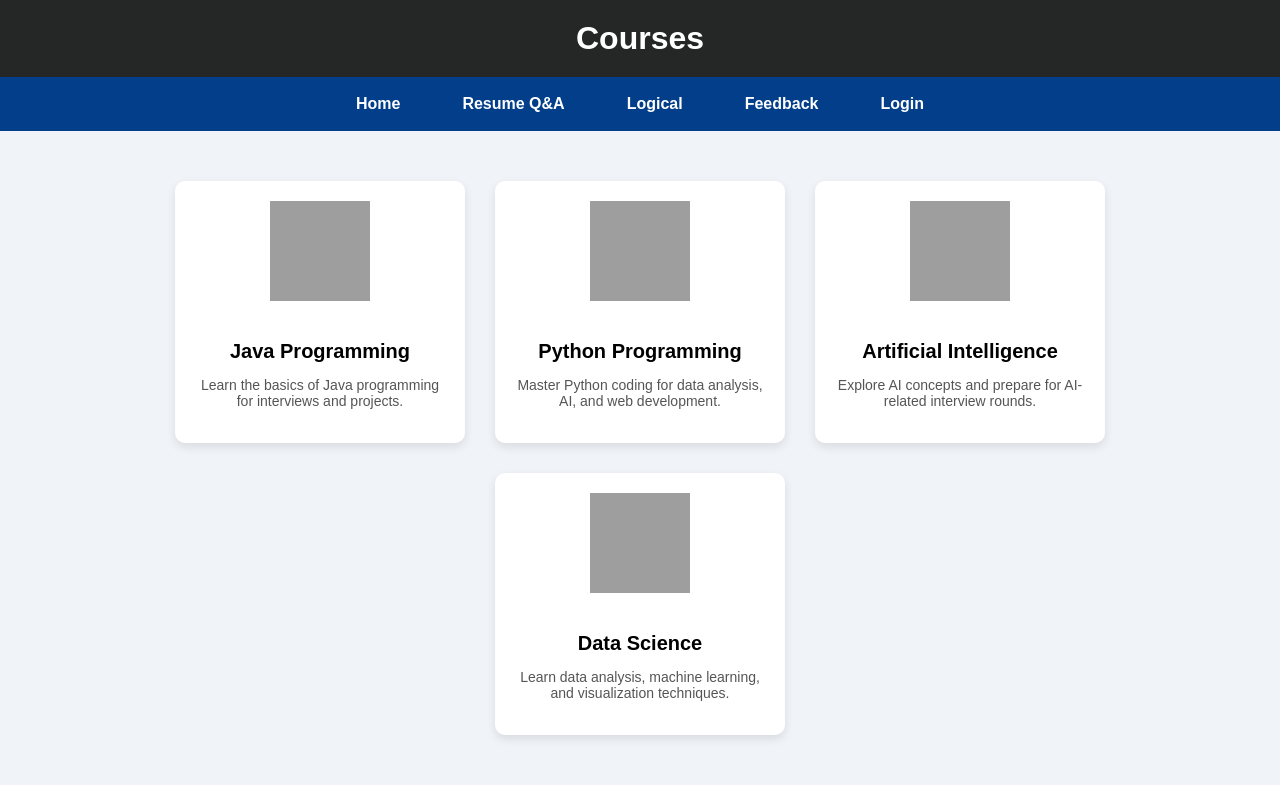
Repository: Mathin04/Online-Interview-Platform-
Page: urls/courses.html
An editor plug-in stored every save of this project. The page is shown before and after the next save, followed by the edit.
The browser window is 1280 px wide. The pictures show the whole page.
Pictures or frames that could not be fetched are drawn as grey boxes.

Above is the page before, as saved 2025-10-08 13:36:51.

### urls/courses.html
<!DOCTYPE html>
<html lang="en">
<head>
  <meta charset="UTF-8">
  <title>Courses | M-Terview</title>
  <style>
    body {
      font-family: Arial, sans-serif;
      margin: 0;
      padding: 0;
      background: #f0f4f8;
    }

    header {
      padding: 20px;
      background: #252626;
      color: white;
      text-align: center;
    }

    header h1 {
      margin: 0;
    }

    nav {
      display: flex;
      justify-content: center;
      background: #023e8a;
      padding: 10px 0;
    }

    nav a {
      margin: 0 15px;
      color: white;
      text-decoration: none;
      font-weight: bold;
      padding: 8px 16px;
      border-radius: 5px;
      transition: 0.3s;
    }

    nav a:hover {
      background: #0077b6;
    }

    .courses-container {
      display: flex;
      flex-wrap: wrap;
      justify-content: center;
      padding: 50px 20px;
      gap: 30px;
    }

    .course-card {
      background: white;
      border-radius: 10px;
      box-shadow: 0 4px 10px rgba(0,0,0,0.1);
      width: 250px;
      text-align: center;
      padding: 20px;
      transition: 0.3s;
    }

    .course-card:hover {
      transform: translateY(-5px);
      box-shadow: 0 6px 15px rgba(0,0,0,0.2);
    }

    .course-card img {
      width: 100px;
      height: 100px;
      margin-bottom: 15px;
    }

    .course-card h3 {
      font-size: 20px;
      margin-bottom: 10px;
    }

    .free-tag {
      display: inline-block;
      background: #ff6b6b;
      color: white;
      padding: 5px 10px;
      border-radius: 20px;
      font-size: 14px;
      margin-bottom: 10px;
    }

    .course-card p {
      font-size: 14px;
      color: #555;
    }

    @media screen and (max-width: 768px) {
      .courses-container { flex-direction: column; align-items: center; }
      .course-card { width: 80%; }
    }
  </style>
</head>
<body>

<header>
  <h1>Courses</h1>
</header>

<nav>
  <a href="../index.html">Home</a>
  <a href="resume.html">Resume Q&A</a>
  <a href="logical.html">Logical</a>
  <a href="feedback.html">Feedback</a>
  <a href="login.html">Login</a>
</nav>

<div class="courses-container">
  <div class="course-card">
    <img src="C:\Users\Shalima\OneDrive\Desktop\M-Terview\images\java.jpg" alt="Java">
    <h3>Java Programming</h3>
    <p>Learn the basics of Java programming for interviews and projects.</p>
  </div>

  <div class="course-card">
    <img src="C:\Users\Shalima\OneDrive\Desktop\M-Terview\images\python.jpg" alt="Python">

    <h3>Python Programming</h3>
    <p>Master Python coding for data analysis, AI, and web development.</p>
  </div>

  <div class="course-card">
    <img src="C:\Users\Shalima\OneDrive\Desktop\M-Terview\images\ai.jpg" alt="AI">

    <h3>Artificial Intelligence</h3>
    <p>Explore AI concepts and prepare for AI-related interview rounds.</p>
  </div>

  <div class="course-card">
    <img src="C:\Users\Shalima\OneDrive\Desktop\M-Terview\images\DataScience.jpg" alt="Data Science">

    <h3>Data Science</h3>
    <p>Learn data analysis, machine learning, and visualization techniques.</p>
  </div>

</div>

</body>
</html>

After the next save:
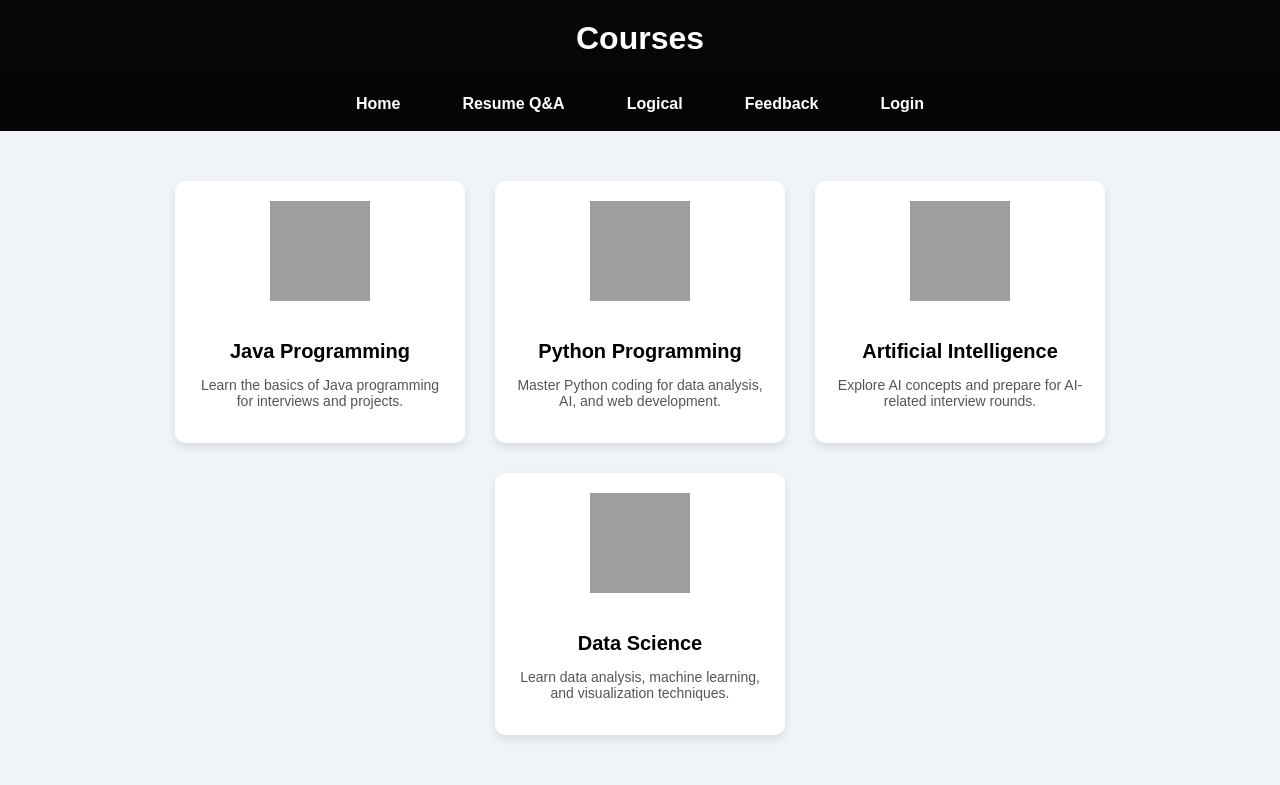
Saved 38 s later.
--- a/urls/courses.html
+++ b/urls/courses.html
@@ -13,7 +13,7 @@
 
     header {
       padding: 20px;
-      background: #252626;
+      background: #060606;
       color: white;
       text-align: center;
     }
@@ -25,7 +25,7 @@
     nav {
       display: flex;
       justify-content: center;
-      background: #023e8a;
+      background: #050505;
       padding: 10px 0;
     }
 
